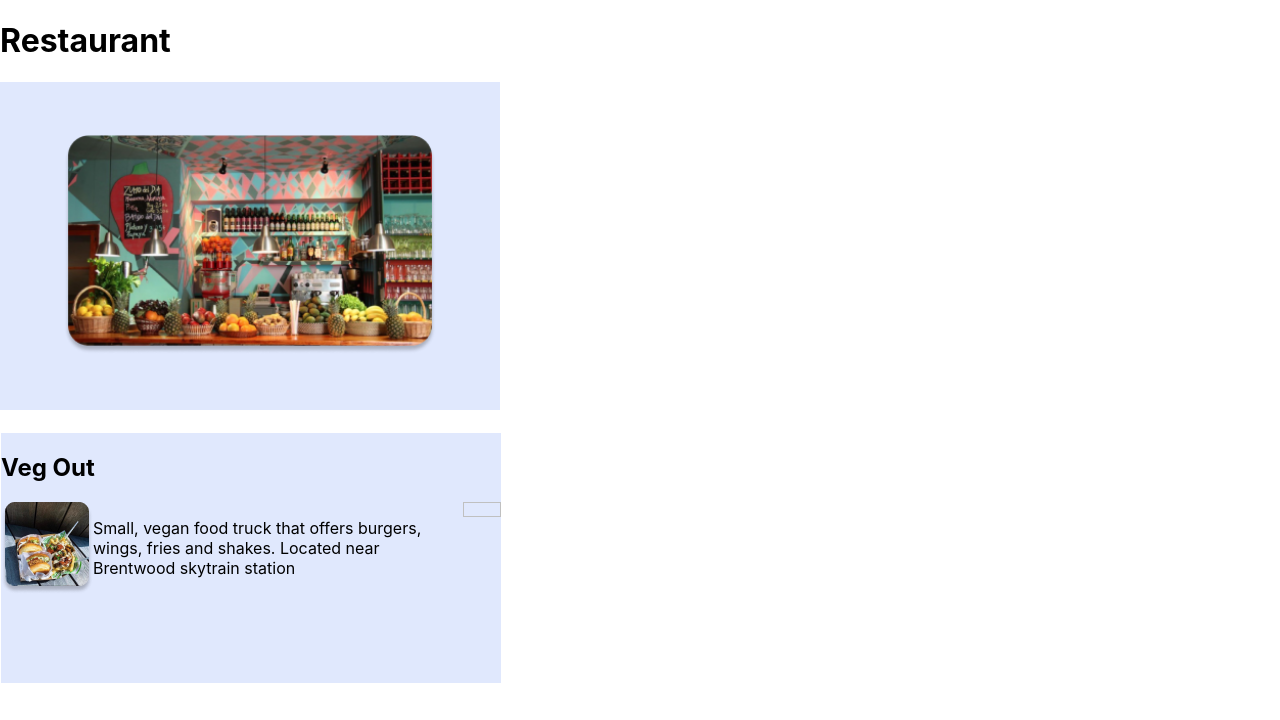
Repository: Kinakopan/design_mindfulEating_site
Page: /restaurant (app in firstapp/)
An editor plug-in stored every save of this project. The page is shown before and after the next save, followed by the edit.
The browser window is 1280 px wide. The pictures show the whole page.
The project was rebuilt for these pictures with package versions that can differ from the ones it lists, and the page was loaded fresh each time. The framework's server and built-in components were replaced by stand-ins that run in the browser. Also part of the build but not shown: firstapp/next.config.js.

Above is the page before, as saved 2022-04-20 16:04:19.

### firstapp/pages/restaurant.js
import ImgCard from "../comps/ImgCard";
import RestaurantCard from "../comps/RestaurantCard";
import ReCont from "../comps/RestaurantCard";
import ReImg from "../comps/RestaurantCard";
import Starts from "../comps/RestaurantCard";


export default function Restaurant(){

    return (
    <div>
        <h1>Restaurant</h1>

        <ImgCard
        img="/restaurant.png"
        bg="#E0E8FD"/>


    <main>
        <RestaurantCard>
        </RestaurantCard>



    </main>
    </div>

    )
}

### firstapp/comps/ImgCard.js
import { Children } from 'react';
import styled from 'styled-components';

const CardCont = styled.div`
    background-color: ${props=>props.cl};
    color: ${props=>props.text_cl};
    min-width: 375px;
    max-width: 500px;
    padding: 1em 3em 1em 3em;
    border-radius: ${props=>props.border_radius}
`;

const DispImage = styled.img`
    width: 100%;
    padding: 1em;
`;

const List = styled.div`
    text-align: right;
`;

export default function ImgCard({
    img="/food1.png",
    bg="#E0E8FD",
    tcl="#08213E",
    title="",
    txt="",
    bor="",
    n1,n2,n3,n4="",
    Children=null

}){

    return <CardCont cl={bg} text_cl={tcl} border_radius={bor}>
        <h1>{title}</h1>
        <DispImage src={img}/>
        <List>
            <h2>{n1}</h2>
            <h2>{n2}</h2>
            <h2>{n3}</h2>
            <h2>{n4}</h2>
        </List>
        <p>{txt}</p>
        {Children}

    </CardCont>
}

### firstapp/comps/RestaurantCard.js

import styled from 'styled-components';


const ReCont = styled.div`
background-color:${props=>props.cl};
width:500px;
align-items: center;
position: absolute;
height: 250px;
left: 1px;
top: 433px;
`
;

const ReImg = styled.img`
width:100px;
padding: 1 1 auto auto;
`;

const Text = styled.p`
top:20px;

`
;

const Starts = styled.img `
width:85px;
height:15px;
right:10px;
`

const ResItem = styled.div`
    display: flex;
`
;

const Title = styled.h2`

`
;


export default function RestaurantCard({
    img="/veg out.png",
    bg="#E0E8FD",
    h2="Veg Out",
    txt="Small, vegan food truck that offers burgers, wings, fries and shakes. Located near Brentwood skytrain station",


}){

    return <ReCont
    cl={bg} txt={txt}>
    <Title>{h2}</Title>
    <ResItem>
        <ReImg src={img}></ReImg>
        <Text>{txt}</Text>
        <Starts img="start rating.png"></Starts>
    </ResItem>
    </ReCont>
}


//export default function RestaurantCard(){
    //return(
   //     <img src="/veg out.png" />
   // )

//}

Loaded but not shown: firstapp/pages/_app.js (common file); firstapp/styles/globals.css (common file)

After the next save:
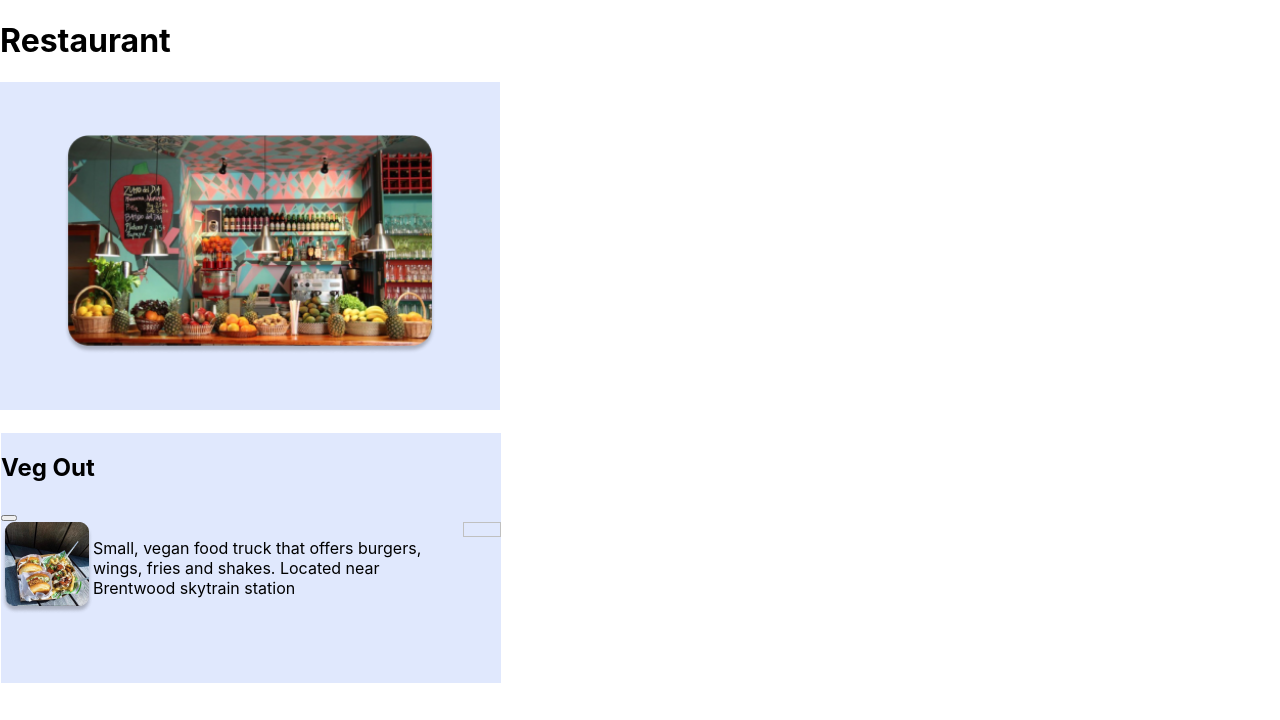
Saved 6 min 16 s later.
--- a/firstapp/comps/RestaurantCard.js
+++ b/firstapp/comps/RestaurantCard.js
@@ -53,10 +53,11 @@ export default function RestaurantCard({
     return <ReCont
     cl={bg} txt={txt}>
     <Title>{h2}</Title>
+    <button img="/start rating.png"></button>
     <ResItem>
         <ReImg src={img}></ReImg>
         <Text>{txt}</Text>
-        <Starts img="start rating.png"></Starts>
+        <Starts img="/start rating.png"></Starts>
     </ResItem>
     </ReCont>
 }
